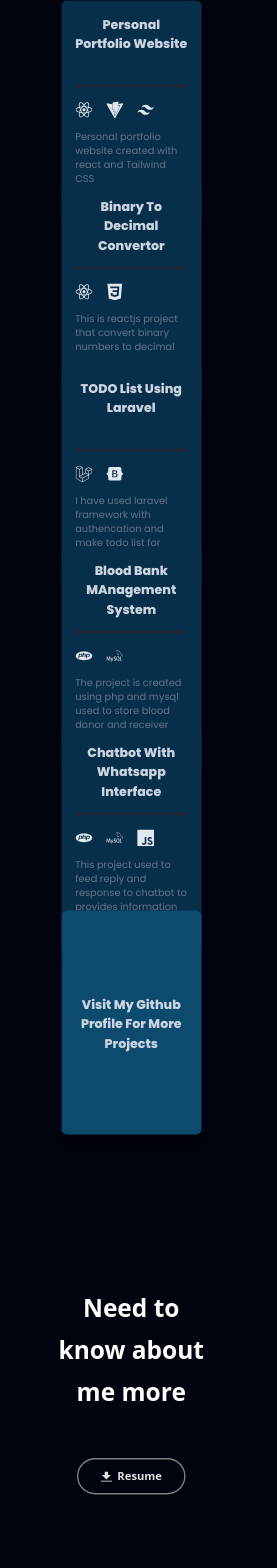
Repository: sibi24sibi/MyPersonalPortfolio
Page: /
These files come from the project's save history. The page is drawn as it stood at one moment and after the next save; the edit follows.
The browser window is 375 px wide. The page is 395 px wide, so the pictures cover 395 px, including what lies to the right of the window. The pictures show the part of the page from y = 2217 to 4457 px (the page is 4946 px tall before and 4846 px after), at 70% of full size.
The project was rebuilt for these pictures with package versions that can differ from the ones it lists, and the page was loaded fresh each time. Also part of the build but not shown: vite.config.js, src/components/Menu.jsx, src/components/Footer.jsx.

Above is the page before, as saved 2024-05-03 20:28:59.

After the next save:
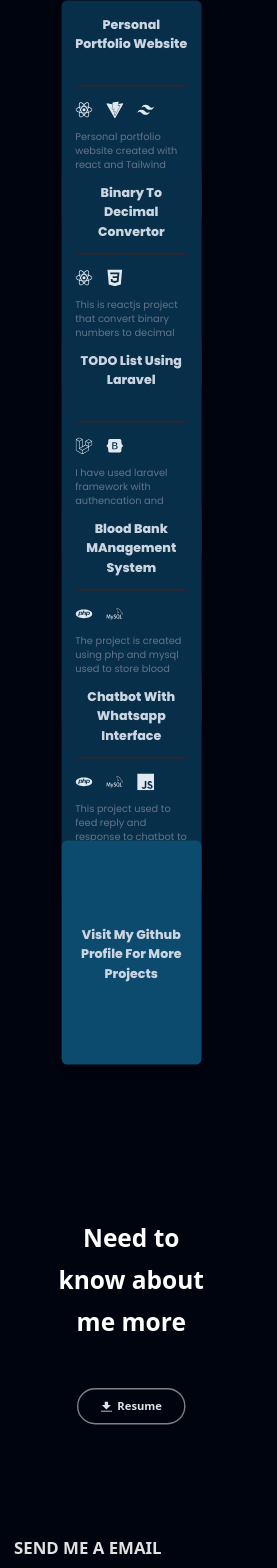
Saved 33 s later.
--- a/src/components/proj_style.css
+++ b/src/components/proj_style.css
@@ -32,8 +32,6 @@
     padding-bottom:unset;
     margin: 10px;;
     padding-bottom:unset;
-    border: 5px;
-    border-color: blue;
   }
   .card:hover {
     transform:unset ;
@@ -42,7 +40,7 @@
   }
   .card:not(:first-child) {
     margin-left:auto;
-    margin-top: -70px;
+    margin-top: -90px;
 
   }
   .card:hover ~ .card {
